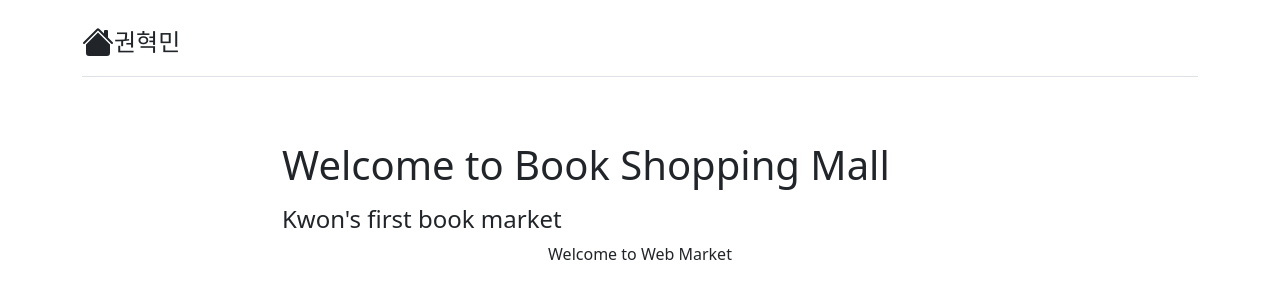
Repository: minn0701/JSP-Webbprogramming
Page: http://localhost/BookMarket/Welcome.jsp
An editor plug-in stored every save of this project. The page is shown before and after the next save, followed by the edit.
The browser window is 1280 px wide. The pictures show the whole page.
The page is served by Tomcat 9.

Above is the page before, as saved 2024-03-20 12:36:16.

After the next save:
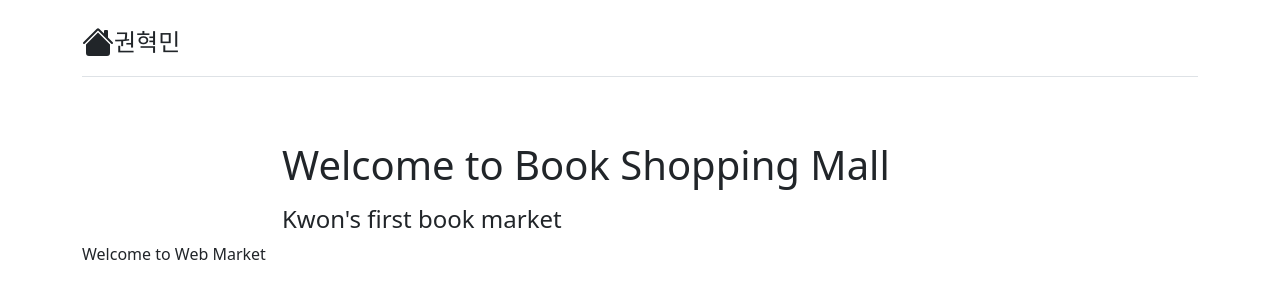
Saved 3 min 30 s later.
--- a/BookMarket/src/main/webapp/Welcome.jsp
+++ b/BookMarket/src/main/webapp/Welcome.jsp
@@ -41,8 +41,7 @@
 </div>
 
 <div class="container mt-500">
-
-<center> Welcome to Web Market</center>
+ Welcome to Web Market
 
 
 </div>
